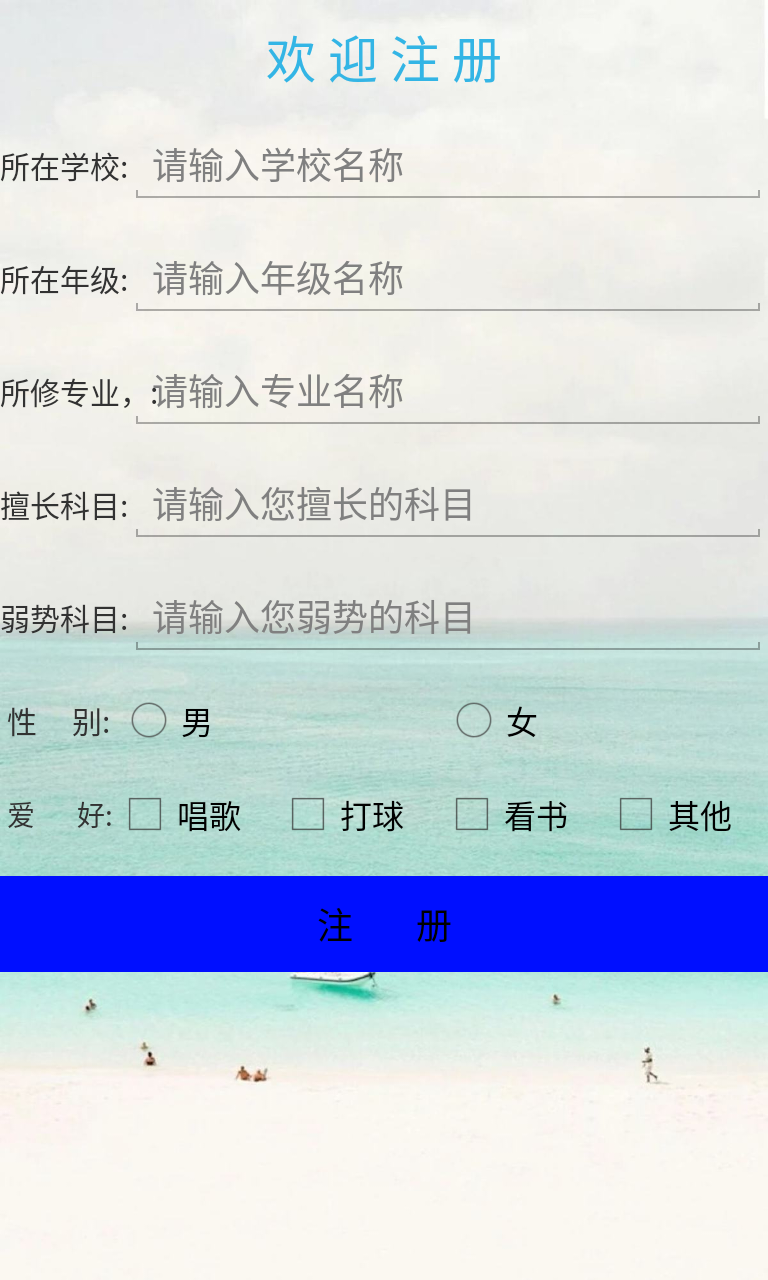
Repository: 17390089054/android
Layout: learning/res/layout/activity_main.xml
The author's editor kept a copy of each file at every save. The layout is drawn from the files as they stood at one save, then again after the next save.
It is drawn on a 768 x 1280 px phone screen (xhdpi) without system bars, with theme AppTheme; the app's code is not run.

Above is the layout before, as saved 2018-05-01 10:21:07.

### learning/res/layout/activity_main.xml
<LinearLayout xmlns:android="http://schemas.android.com/apk/res/android"
    xmlns:tools="http://schemas.android.com/tools"
    android:layout_width="match_parent"
    android:layout_height="match_parent"
    tools:context=".MainActivity"
    android:orientation="vertical"
    android:background="@drawable/bg"
    >

    <TextView
        android:id="@+id/textView1"
        android:layout_width="match_parent"
        android:layout_height="wrap_content"
        android:layout_marginTop="10dp"
        android:gravity="center"
        android:text=" 欢 迎 注 册 "
        android:textColor="@android:color/holo_blue_light"
        android:textSize="25sp" />

    <RelativeLayout
        android:layout_width="match_parent"
        android:layout_height="wrap_content"
        android:orientation="horizontal"
        android:layout_marginTop="15dp"
         >
    <!-- school -->
    <TextView
        android:id="@+id/schtxt"
        android:layout_width="wrap_content"
        android:layout_height="wrap_content"
        android:textSize="15sp"
        android:gravity="center"
        android:layout_alignBaseline="@+id/school"
        android:text="所在学校:"
        />
     <EditText
         android:id="@+id/school"
         android:layout_width="match_parent"
         android:layout_height="wrap_content"
         android:layout_toRightOf="@+id/schtxt"
         android:hint="请输入学校名称"
         android:singleLine="true"
         />
    <!-- grade -->
   <TextView
       android:id="@+id/gradetxt"
       android:layout_width="wrap_content"
       android:layout_height="wrap_content"
       android:textSize="15sp"
       android:gravity="center"
       android:layout_alignBaseline="@+id/grade"
       android:layout_below="@+id/school"
       android:text="所在年级:"
       />
    <EditText
        android:id="@+id/grade"
        android:layout_width="match_parent"
        android:layout_height="wrap_content"
        android:layout_below="@+id/school"
        android:layout_marginTop="15dp"
        android:layout_toRightOf="@+id/gradetxt"
        android:layout_alignLeft="@+id/school"
        android:hint="请输入年级名称"
        android:singleLine="true"
        />

   <!-- major -->
   <TextView
       android:id="@+id/majortxt"
       android:layout_width="wrap_content"
       android:layout_height="wrap_content"
       android:textSize="15sp"
       android:layout_alignBaseline="@+id/major"
       android:gravity="center"
       android:text="所修专业，:"
       />
    <EditText
        android:id="@+id/major"
        android:layout_width="match_parent"
        android:layout_height="wrap_content"
       	android:layout_toRightOf="@+id/majortxt"
		android:layout_below="@+id/grade"
		android:layout_alignLeft="@+id/school"
		android:layout_marginTop="15dp"
        android:singleLine="true"
        android:hint="请输入专业名称"
        />

    <!--pros-->
	<TextView
       android:id="@+id/prostxt"
       android:layout_width="wrap_content"
       android:layout_height="wrap_content"
       android:textSize="15sp"
       android:gravity="center"
       android:layout_alignBaseline="@+id/pros"
       android:layout_below="@+id/major"
       android:text="擅长科目:"
       />
    <EditText
        android:id="@+id/pros"
        android:layout_width="match_parent"
        android:layout_height="wrap_content"
        android:layout_below="@+id/major"
        android:layout_marginTop="15dp"
        android:layout_toRightOf="@+id/prostxt"
        android:layout_alignLeft="@+id/school"
        android:hint="请输入您擅长的科目"
        android:singleLine="true"
        />
     <!-- cons -->
    <TextView
       android:id="@+id/constxt"
       android:layout_width="wrap_content"
       android:layout_height="wrap_content"
       android:textSize="15sp"
       android:gravity="center"
       android:layout_alignBaseline="@+id/cons"
       android:layout_below="@+id/pros"
       android:text="弱势科目:"
       />
    <EditText
        android:id="@+id/cons"
        android:layout_width="match_parent"
        android:layout_height="wrap_content"
        android:layout_below="@+id/pros"
        android:layout_marginTop="15dp"
        android:layout_toRightOf="@+id/constxt"
        android:layout_alignLeft="@+id/school"
        android:hint="请输入您弱势的科目"
        android:singleLine="true"
        />

   </RelativeLayout>
   <LinearLayout
       android:layout_width="match_parent"
       android:layout_height="wrap_content"
       android:gravity="center_vertical"
       android:layout_marginTop="15dp"
        >
    <TextView
        android:layout_width="wrap_content"
		android:layout_height="wrap_content"
		android:textSize="15sp"
		android:text=" 性     别: "
        />
    <RadioGroup
        android:id="@+id/group"
        android:layout_width="match_parent"
        android:layout_height="wrap_content"
        android:orientation="horizontal"
        >
		<RadioButton
		    android:id="@+id/boy"
		    android:layout_width="wrap_content"
		    android:layout_height="wrap_content"
		    android:layout_weight="1"
		    android:text="男"
		    />
	    <RadioButton
	    android:id="@+id/girl"
	    android:layout_width="wrap_content"
	    android:layout_height="wrap_content"
	    android:layout_weight="1"
	    android:text="女"
	    />
    </RadioGroup>
   </LinearLayout>

  <LinearLayout
      android:layout_width="match_parent"
      android:layout_height="wrap_content"
      android:gravity="center_vertical"
      android:layout_marginTop="15dp"
      >
    <TextView
        android:id="@+id/hobbies"
        android:layout_width="wrap_content"
        android:layout_height="wrap_content"
        android:text=" 爱      好:"

        />
  <CheckBox
      android:id="@+id/sing"
      android:layout_width="wrap_content"
      android:layout_height="wrap_content"
	  android:layout_weight="1"
      android:text="唱歌"
      />


  <CheckBox
      android:id="@+id/playball"
      android:layout_width="wrap_content"
      android:layout_height="wrap_content"
     android:layout_weight="1"
      android:text="打球"
      />

  <CheckBox
      android:id="@+id/book"
      android:layout_width="wrap_content"
      android:layout_height="wrap_content"
      android:layout_weight="1"
      android:text="看书"
      />
  <CheckBox
  android:id="@+id/other"
  android:layout_width="wrap_content"
  android:layout_height="wrap_content"
  android:layout_weight="1"
  android:text="其他"
  />


  </LinearLayout>

	<Button
	    android:id="@+id/btn"
	    android:layout_width="match_parent"
	    android:layout_height="wrap_content"
	  	android:gravity="center"
	    android:text="注       册"
	    android:background="#000fff"
	    android:layout_marginTop="15dp"
	    />

</LinearLayout>

Loaded but not shown: learning/res/values/styles.xml (common file); learning/res/values-v11/styles.xml (common file); learning/res/values-v14/styles.xml (common file)

After the next save:
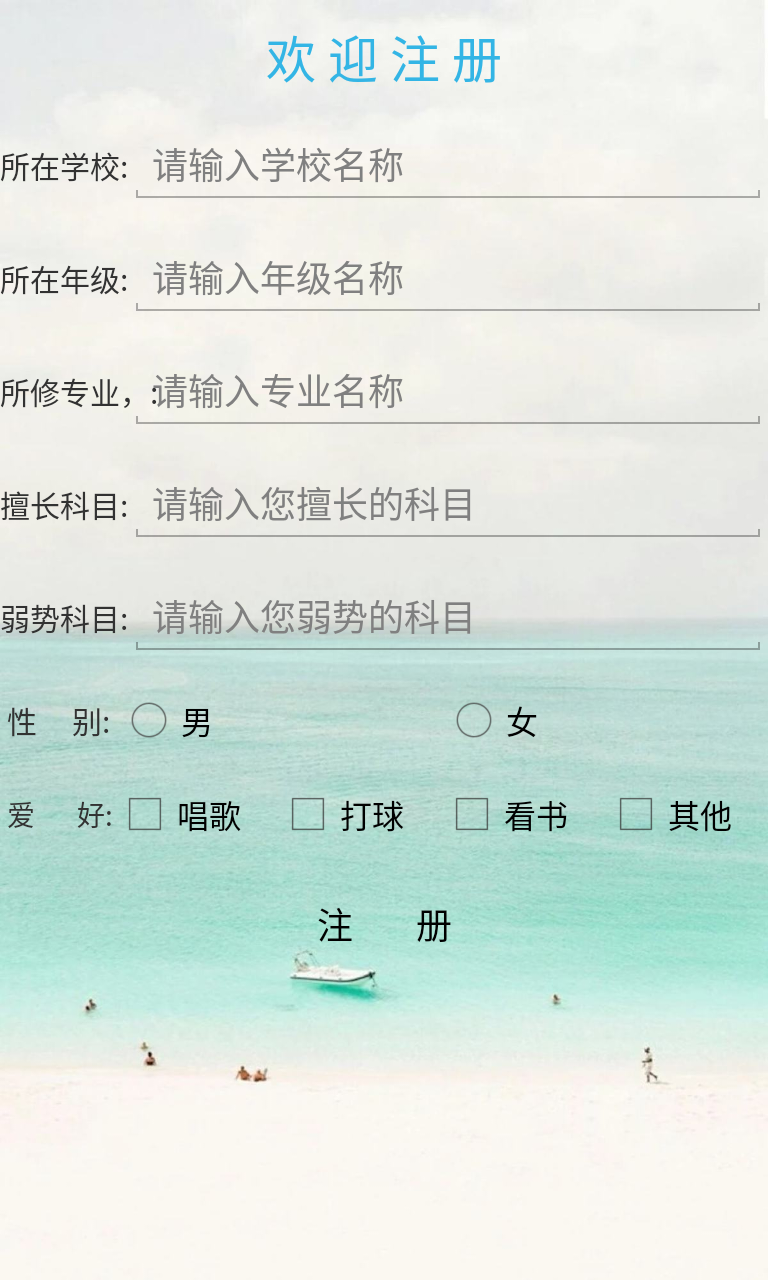
Saved 40 s later.
--- a/learning/res/layout/activity_main.xml
+++ b/learning/res/layout/activity_main.xml
@@ -221,7 +221,7 @@
 	    android:layout_height="wrap_content"
 	  	android:gravity="center"
 	    android:text="注       册"
-	    android:background="#000fff"
+	    android:background="#f0ffff 240,255,255"
 	    android:layout_marginTop="15dp"
 	    />
 
